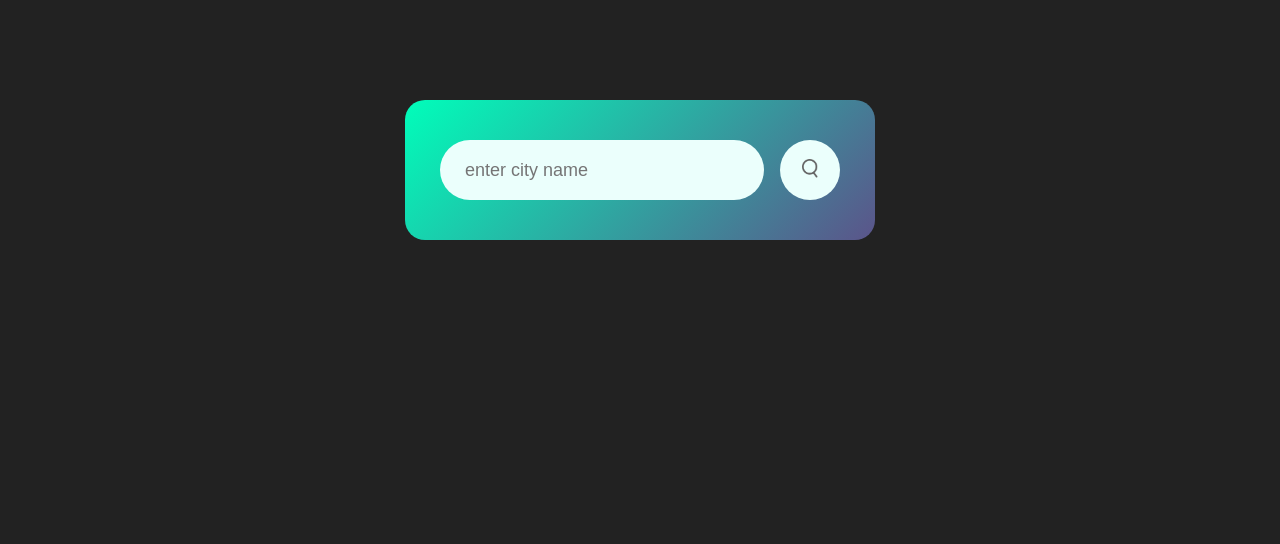
Repository: Alphosmart/weather
Page: index.html
The author's editor kept a copy of each file at every save. The page is drawn from the files as they stood at one save, then again after the next save.
The browser window is 1280 px wide. The pictures show the whole page.

Above is the page before, as saved 2024-07-17 16:30:24.

After the next save:
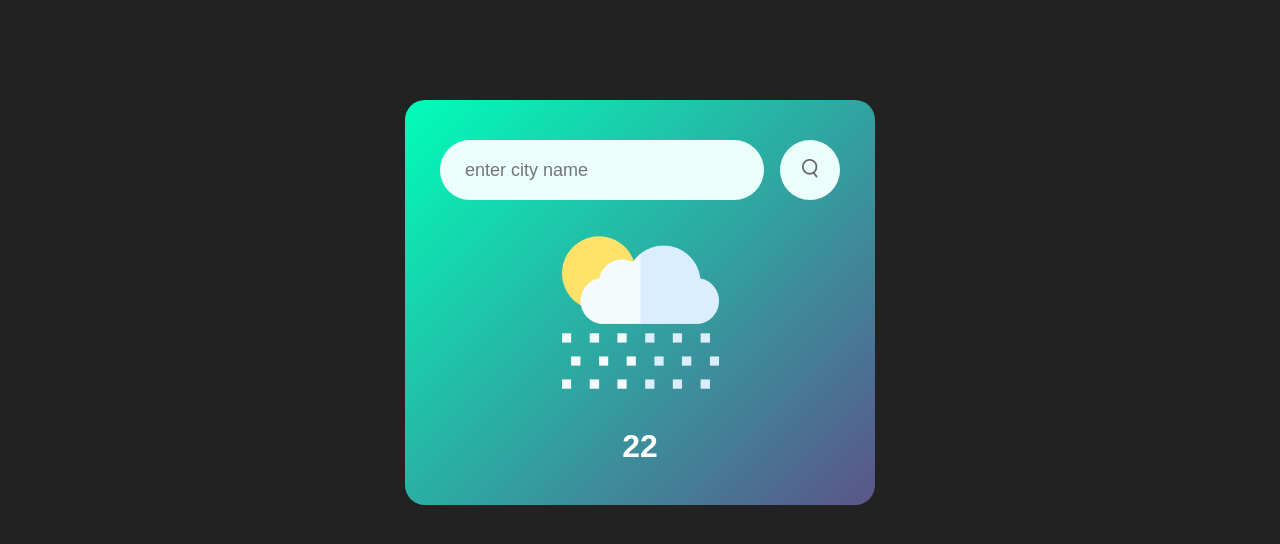
Saved 57 s later.
--- a/index.html
+++ b/index.html
@@ -12,7 +12,10 @@
         <input type="text" placeholder="enter city name" spellcheck="false" />
         <button><img src="images/search.png" /></button>
       </div>
-      <div class="weather"></div>
+      <div class="weather">
+        <img src="images/rain.png" class="weather-icon" />
+        <h1>22</h1>
+      </div>
     </div>
   </body>
 </html>
